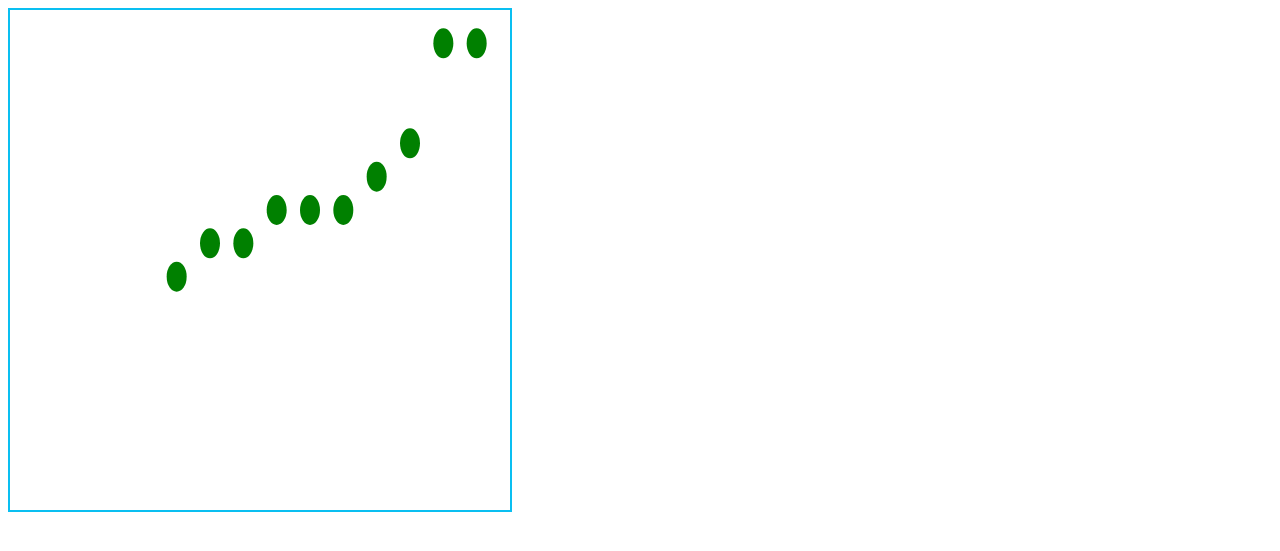
Repository: Jubair-Ahmed-Junjun/js-graphics
Page: Scatter Plots.html
The author's editor kept a copy of each file at every save. The page is drawn from the files as they stood at one save, then again after the next save.
The browser window is 1280 px wide. The pictures show the whole page.

Above is the page before, as saved 2022-08-08 21:49:33.

### Scatter Plots.html
<!DOCTYPE html>
<html>
<body>

<canvas id="myCanvas" width="500" style="border:2px solid rgb(10, 191, 241)"></canvas>

<script>
const canvas = document.getElementById("myCanvas");
const ctx = canvas.getContext("2d");

let xMax = canvas.height = canvas.width;
let yMax = xMax;
ctx.transform(1, 0, 0, -1, 0, xMax)

const xArray = [50,60,70,80,90,100,110,120,130,140,150];
const yArray = [7,8,8,9,9,9,10,11,14,14,15];

ctx.fillStyle = "green";
for (let i = 0; i < xArray.length-1; i++) {
  let x = xArray[i] * xMax/150;
  let y = yArray[i] * yMax/15;
  ctx.beginPath();
  ctx.ellipse(x, y, 10, 15, 0, 0, Math.PI * 2);

  ctx.fill();
}
</script>

</body>
</html>

After the next save:
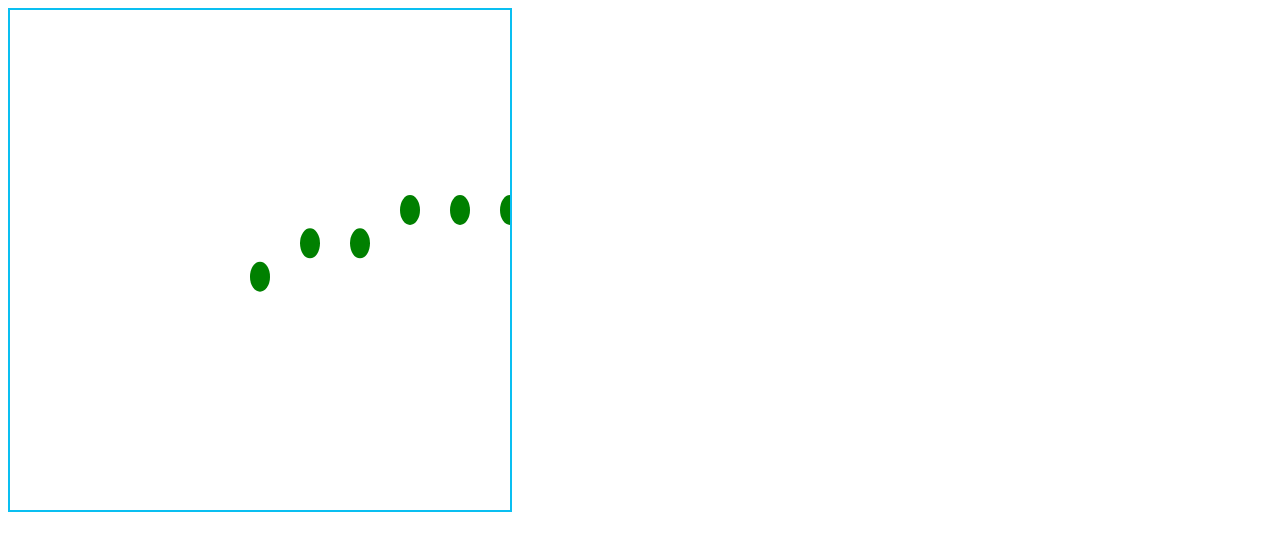
Saved 35 s later.
--- a/Scatter Plots.html
+++ b/Scatter Plots.html
@@ -17,7 +17,7 @@ const yArray = [7,8,8,9,9,9,10,11,14,14,15];
 
 ctx.fillStyle = "green";
 for (let i = 0; i < xArray.length-1; i++) {
-  let x = xArray[i] * xMax/150;
+  let x = xArray[i] * xMax/100;
   let y = yArray[i] * yMax/15;
   ctx.beginPath();
   ctx.ellipse(x, y, 10, 15, 0, 0, Math.PI * 2);
